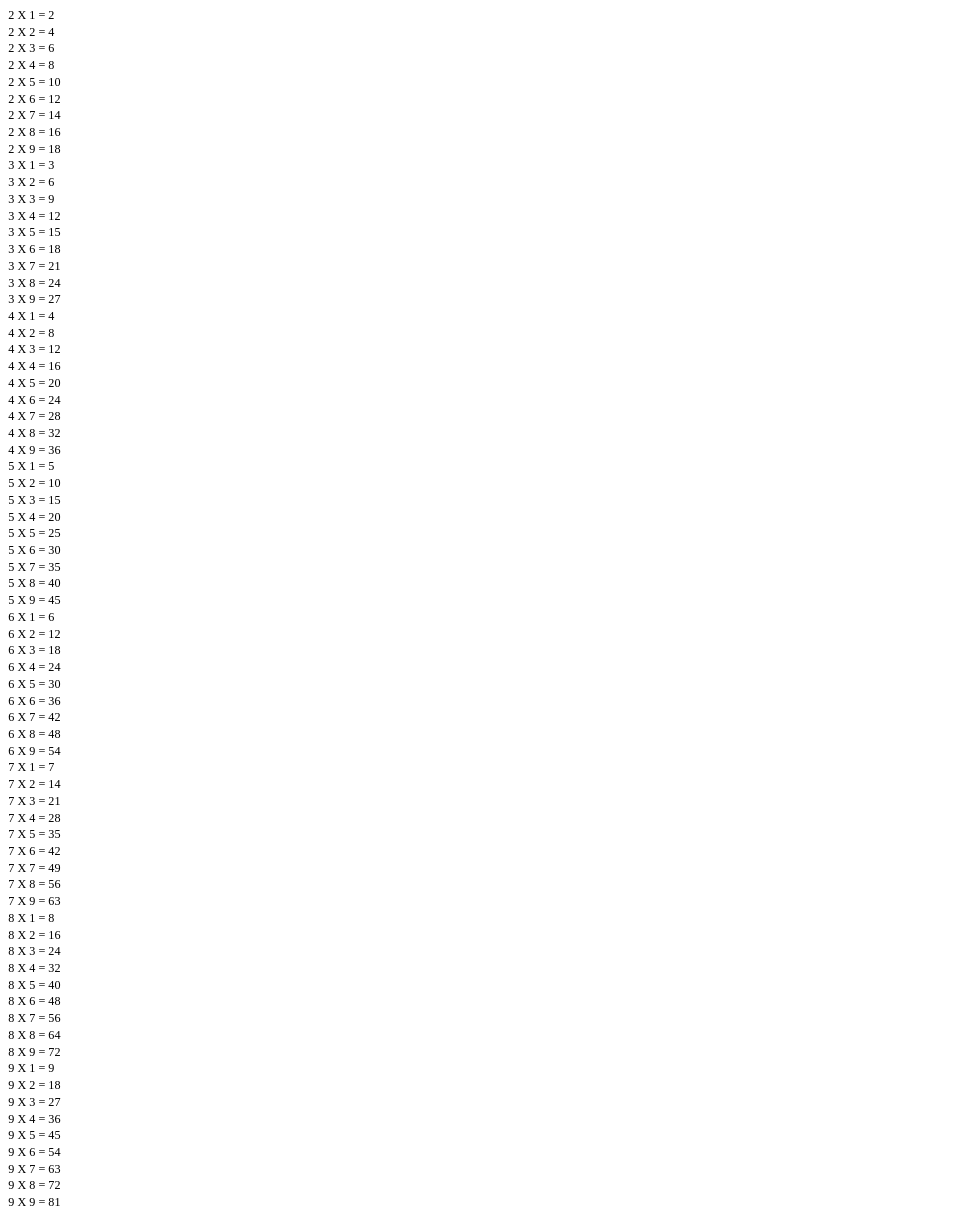
Repository: lhk21go-commits/Jsp2026
Page: http://localhost/chapter01/test02.jsp
An editor plug-in stored every save of this project. The page is shown before and after the next save, followed by the edit.
The browser window is 1280 px wide. The pictures show the whole page, at 76% of full size.
The page is served by Tomcat 9.

Above is the page before, as saved 2026-10-16 02:33:00.

### chapter01/src/main/webapp/test02.jsp
<%@ page language="java" contentType="text/html; charset=UTF-8"
    pageEncoding="UTF-8" import="java.util.*"%>
<!DOCTYPE html>
<html>
<head>
<meta charset="UTF-8">
<title>Insert title here</title>
</head>
<body>
<!-- 구구단 2단 ~ 9단까지 모두 출력할 것 -->
<table>
<%	for(int i=2; i<=9; i++){
		for(int j=1; j<=9; j++){	%><tr><td>
			<%= i + " X " + j + " = "+ i*j %></td>
		<% }
	}
%></tr>
</table>
</body>
</html>

After the next save:
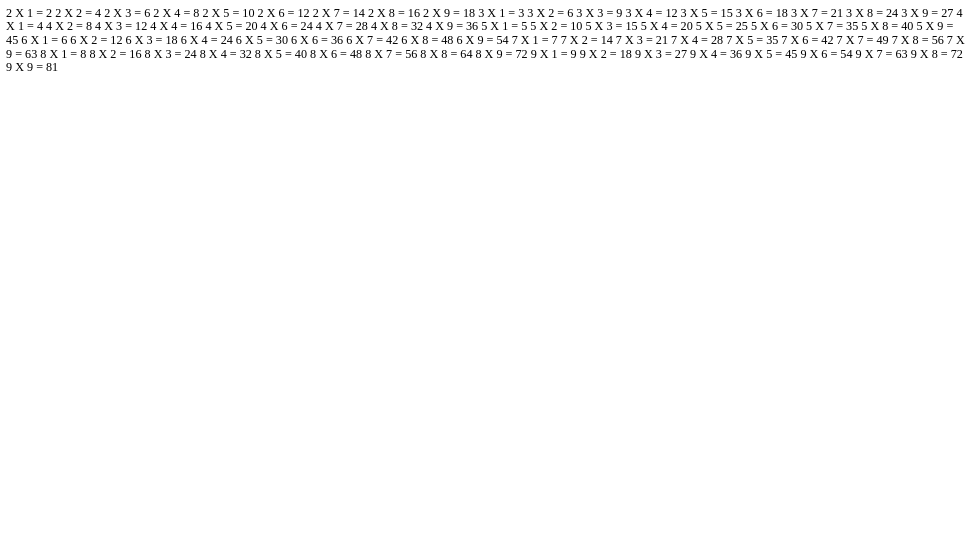
Saved 75 s later.
--- a/chapter01/src/main/webapp/test02.jsp
+++ b/chapter01/src/main/webapp/test02.jsp
@@ -8,13 +8,13 @@
 </head>
 <body>
 <!-- 구구단 2단 ~ 9단까지 모두 출력할 것 -->
-<table>
+
 <%	for(int i=2; i<=9; i++){
-		for(int j=1; j<=9; j++){	%><tr><td>
-			<%= i + " X " + j + " = "+ i*j %></td>
+		for(int j=1; j<=9; j++){	%>
+			<span><%= i + " X " + j + " = "+ i*j %></span>
 		<% }
 	}
-%></tr>
-</table>
+%>
+
 </body>
 </html>
